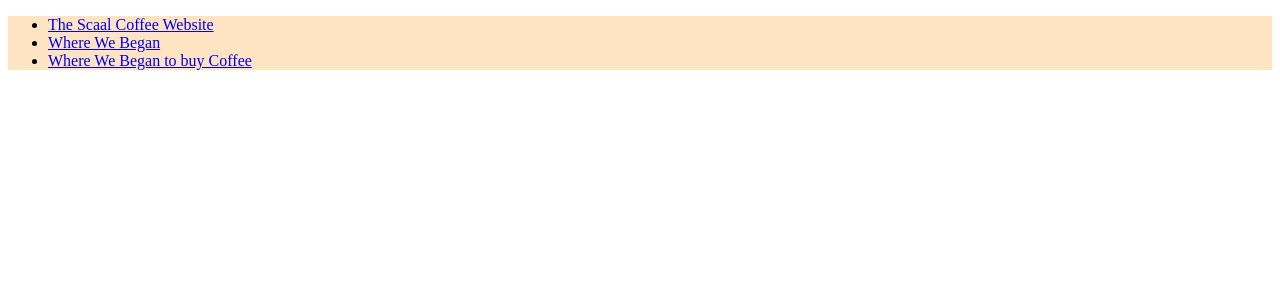
Repository: Tan-Khang21/TH_TKW--Buoi_03
Page: BT_mau/Bai_3/left.html
The author's editor kept a copy of each file at every save. The page is drawn from the files as they stood at one save, then again after the next save.
The browser window is 1280 px wide. The pictures show the whole page.

Above is the page before, as saved 2024-02-27 19:58:18.

After the next save:
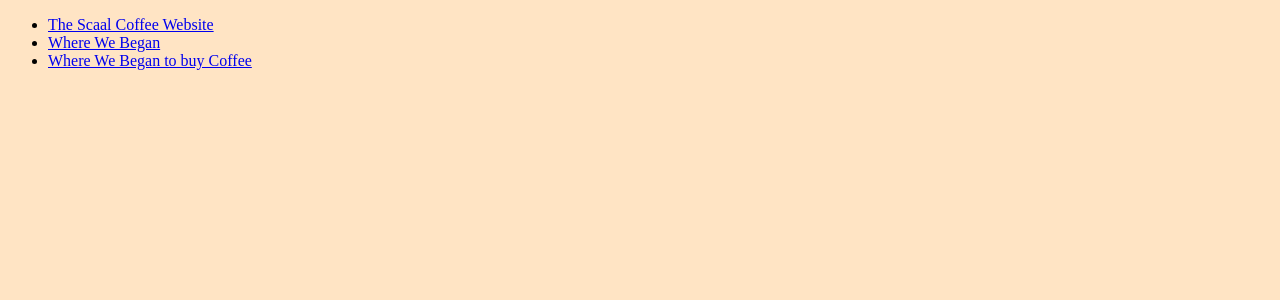
Saved 37 s later.
--- a/BT_mau/Bai_3/left.html
+++ b/BT_mau/Bai_3/left.html
@@ -5,8 +5,8 @@
     <meta name="viewport" content="width=device-width, initial-scale=1.0" />
     <title>Document</title>
   </head>
-  <body>
-    <ul style="background-color: bisque;">
+  <body style="background-color: bisque;">
+    <ul>
       <li><a href="main1.html" target="main1">The Scaal Coffee Website</a></li>
       <li><a href="main2.html" target="main1">Where We Began</a></li>
       <li><a href="main3.html" target="main2">Where We Began to buy Coffee</a></li>
